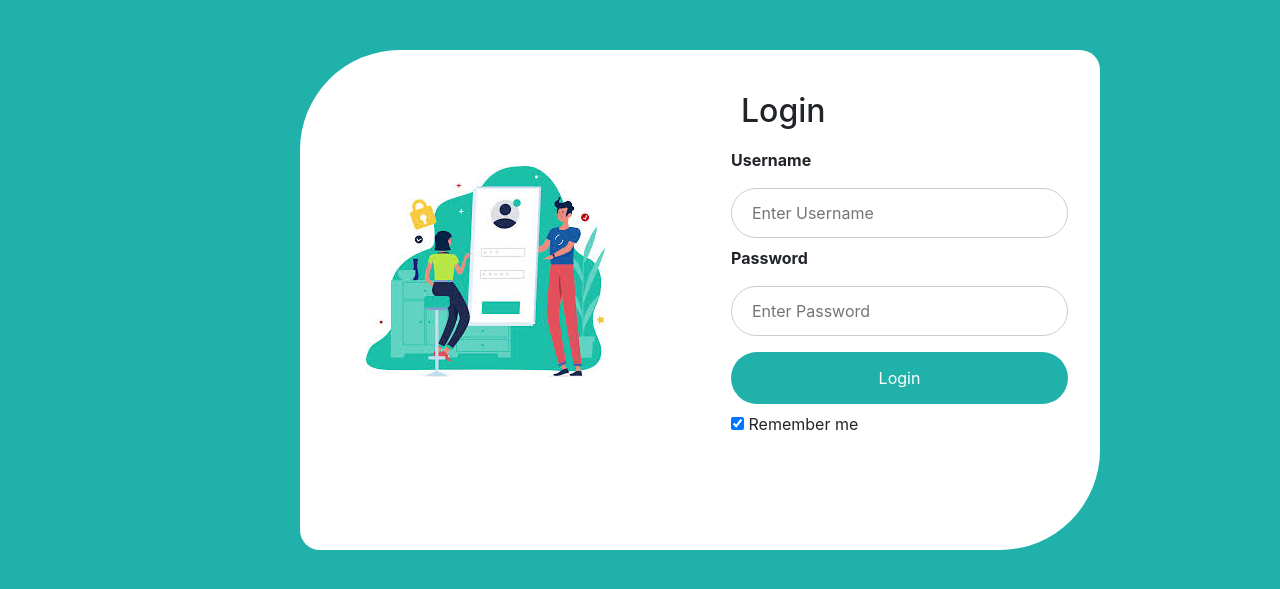
Repository: Sadia-Naveed-Shaikh/JavaScript-Website
Page: login.html
These files come from the project's save history. The page is drawn as it stood at one moment and after the next save; the edit follows.
The browser window is 1280 px wide. The pictures show the whole page.

Above is the page before, as saved 2021-10-27 01:09:37.

### login.html
<!DOCTYPE html>
<html>

<head>
    <meta charset="utf-8">
    <meta name="viewport" content="width=device-width, initial-scale=1.0">
    <title>Untitled</title>
    <link rel="stylesheet" href="https://cdnjs.cloudflare.com/ajax/libs/twitter-bootstrap/4.1.3/css/bootstrap.min.css">
    <link rel="stylesheet" href="https://cdnjs.cloudflare.com/ajax/libs/ionicons/2.0.1/css/ionicons.min.css">
    <!-- <link rel="stylesheet" href="assets/css/style.css"> -->


    <style>
        body {
            background-color: #20b2aa;
        }

        .LoginDiv {
            position: absolute;
            width: 800px;
            height: 500px;
            left: 300px;
            top: 50px;
            background-color: white;
            border-radius: 20px;
            border-top-left-radius: 100px;
            border-bottom-right-radius: 100px;
        }

        .loginImg {
            top: 100px;
            left:50px;
        }

        input[type=text],
        input[type=password] {
            width: 100%;
            padding: 12px 20px;
            margin: 8px 0;
            display: inline-block;
            border: 1px solid #ccc;
            box-sizing: border-box;
            border-radius: 30px;
        }

        button {
            background-color: #20b2aa;
            color: white;
            padding: 14px 20px;
            margin: 8px 0;
            border: none;
            cursor: pointer;
            width: 100%;
            border-radius: 30px;
        }

        button:hover {
            opacity: 0.8;
        }

        .container {
            padding: 16px;
        }

        .vl {
            border-left: 1px solid #20b2aa;
            height: 450px;
        }
    </style>
</head>

<body>
    <div>

        <div class="LoginDiv">
            <div class="container">
                <div class=row>
                    <div class="col loginImg">
                        <img src="assets/login.jpeg" alt="login Image">
                    </div>
                    <!-- <div class="vl"></div> -->

                    <div class="col">
                        <form action="/action_page.php" method="post">
                            <div class="container">
                                <h2 style="padding:10px; justify-content:center; align-items:center">Login</h2>
                                <label for="uname"><b>Username</b></label>
                                <input type="text" placeholder="Enter Username" name="uname" required>

                                <label for="psw"><b>Password</b></label>
                                <input type="password" placeholder="Enter Password" name="psw" required>

                                <button type="submit">Login</button>
                                <label>
                                    <input type="checkbox" checked="checked" name="remember"> Remember me
                                </label>
                            </div>
                        </form>


                    </div>

                </div>
            </div>
        </div>

    </div>



</body>

</html>

After the next save:
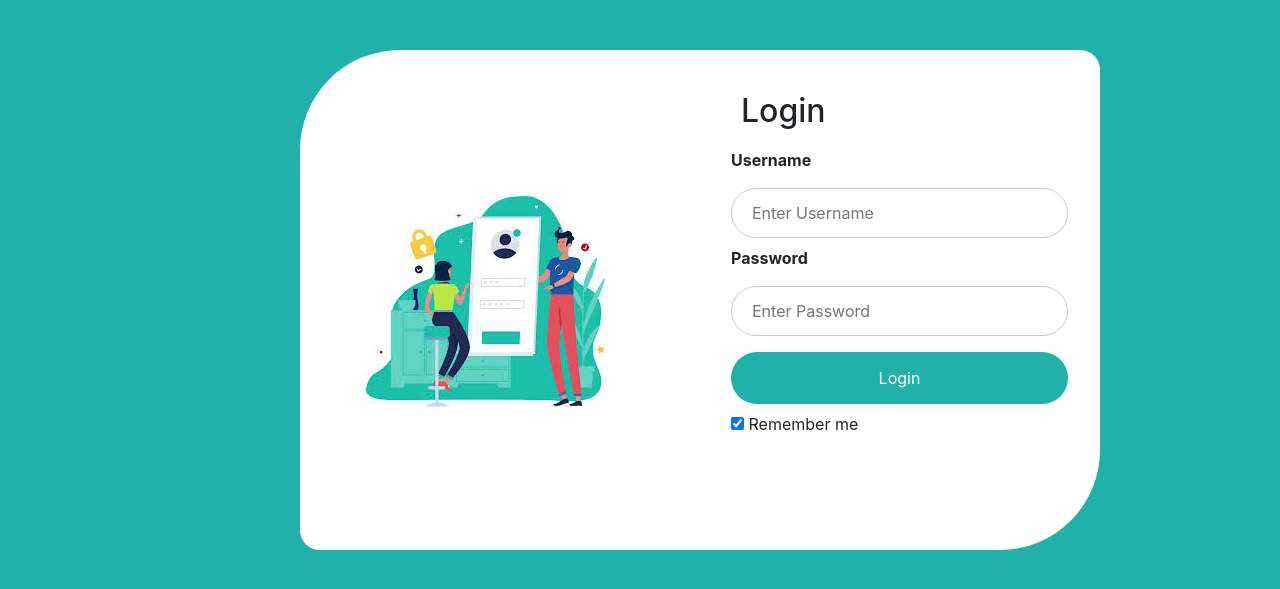
Saved 6 s later.
--- a/login.html
+++ b/login.html
@@ -28,7 +28,7 @@
         }
 
         .loginImg {
-            top: 100px;
+            top: 130px;
             left:50px;
         }
 
